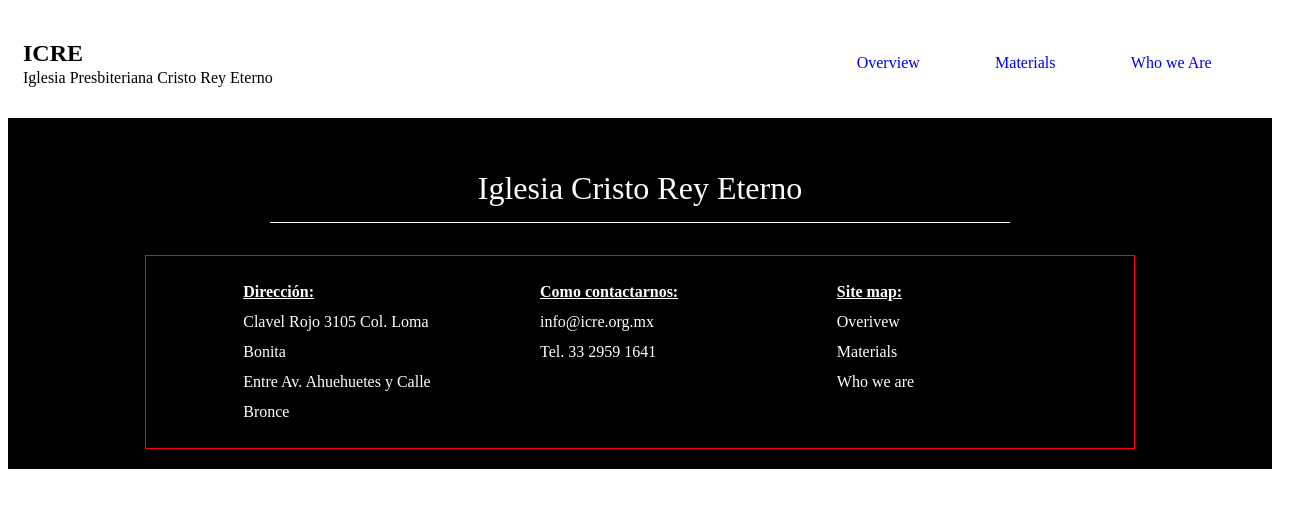
Repository: programmer686/Third-times-a-charm
Page: /Materials
An editor plug-in stored every save of this project. The page is shown before and after the next save, followed by the edit.
The browser window is 1280 px wide. The page is 1302 px wide, so the pictures cover 1302 px, including what lies to the right of the window. The pictures show the whole page.
The project was rebuilt for these pictures with package versions that can differ from the ones it lists, and the page was loaded fresh each time. The framework's server and built-in components were replaced by stand-ins that run in the browser. Also part of the build but not shown: next.config.js, src/styles/globals.css.

Above is the page before, as saved 2023-04-23 16:34:08.

After the next save:
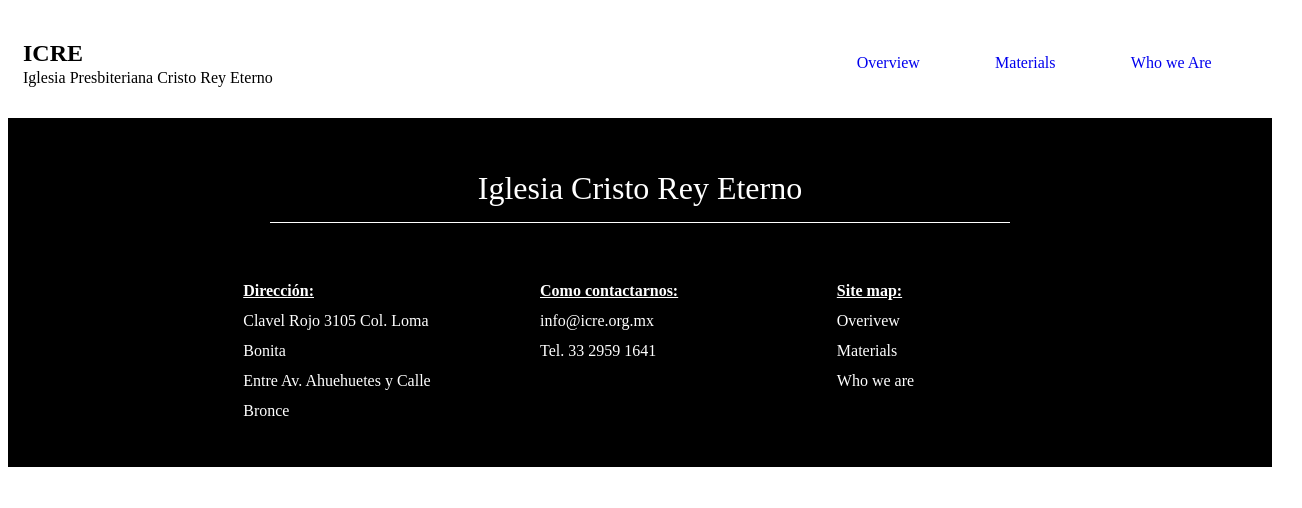
Saved 18 s later.
--- a/src/styles/Footer.module.css
+++ b/src/styles/Footer.module.css
@@ -10,7 +10,6 @@
 .footer_info__container {
     width: 80%;
     padding: 5px 0px;
-    border: 1px solid red;
     display: flex;
     justify-content: space-evenly;
 }
